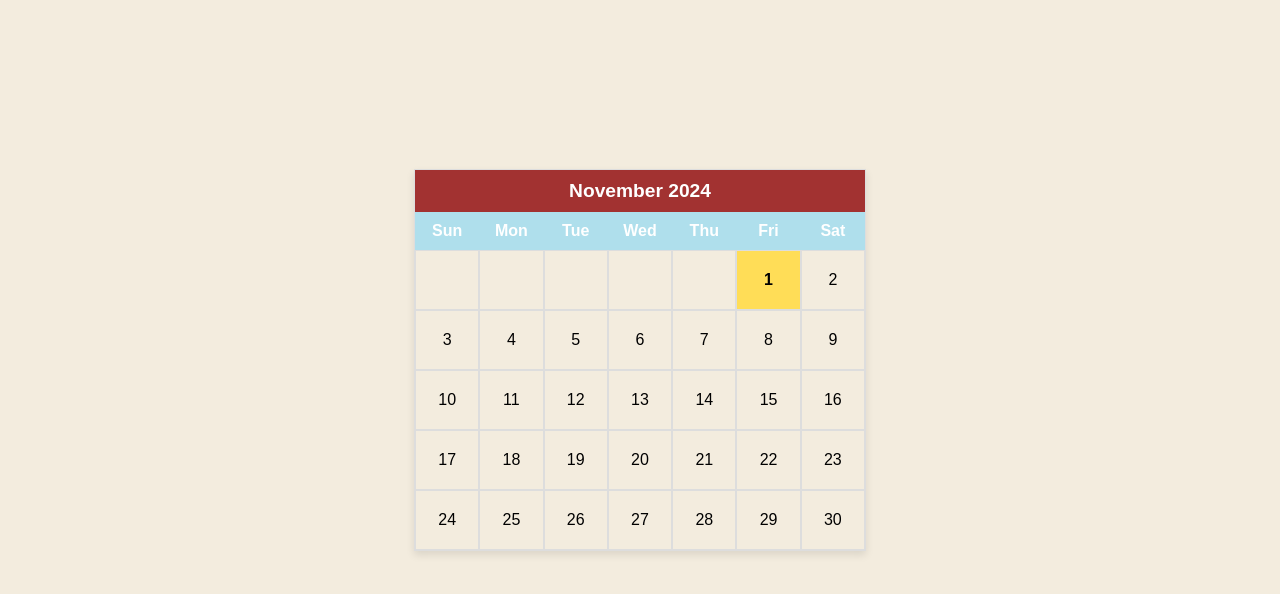
Repository: carrascokarencb37-afk/Nuura
Page: html/calendario.html
An editor plug-in stored every save of this project. The page is shown before and after the next save, followed by the edit.
The browser window is 1280 px wide. The pictures show the whole page.

Above is the page before, as saved 2026-05-28 23:29:24.

### html/calendario.html
<!DOCTYPE html>
<html lang="en">
<head>
    <meta charset="UTF-8">
    <meta name="viewport" content="width=device-width, initial-scale=1.0">
    <title>Simple HTML Calendar - November 2024</title>
    <link rel="stylesheet" href="../css/cale.css">
</head>
<body>
    <!-- Calendar Container -->
    <div class="calendar">
        <!-- Month and Year Header -->
        <div class="calendar-header">November 2024</div>

        <!-- Days of the Week -->
        <div class="calendar-days">
            <div>Sun</div>
            <div>Mon</div>
            <div>Tue</div>
            <div>Wed</div>
            <div>Thu</div>
            <div>Fri</div>
            <div>Sat</div>
        </div>

        <!-- Calendar Dates -->
        <div class="calendar-dates">
            <!-- Blank spaces for days before the month starts on Friday -->
            <div></div>
            <div></div>
            <div></div>
            <div></div>
            <div></div>
            <div class="today">1</div>
            <div>2</div>
            <div>3</div>
            <div>4</div>
            <div>5</div>
            <div>6</div>
            <div>7</div>
            <div>8</div>
            <div>9</div>
            <div>10</div>
            <div>11</div>
            <div>12</div>
            <div>13</div>
            <div>14</div>
            <div>15</div>
            <div>16</div>
            <div>17</div>
            <div>18</div>
            <div>19</div>
            <div>20</div>
            <div>21</div>
            <div>22</div>
            <div>23</div>
            <div>24</div>
            <div>25</div>
            <div>26</div>
            <div>27</div>
            <div>28</div>
            <div>29</div>
            <div>30</div>
</body>
</html>

### css/cale.css

        /* Basic page styling */
        body {
            font-family: Arial, sans-serif;
            display: flex;
            justify-content: center;
            align-items: center;
            min-height: 100vh;
            background-color: #f3ecde;
            margin: 0;
        }

        /* Calendar container */
        .calendar {
            width: 450px;
            border: 1px solid #ddd;
            box-shadow: 0 4px 8px rgba(0, 0, 0, 0.1);
        }

        /* Calendar header styling */
        .calendar-header {
            text-align: center;
            background-color: #9e2828f1;
            color: white;
            padding: 10px;
            font-size: 1.2em;
            font-weight: bold;
        }

        /* Days of the week styling */
        .calendar-days {
            display: grid;
            grid-template-columns: repeat(7, 1fr);
            background-color:#acdfeef1;
            color: white;
        }

        .calendar-days div {
            padding: 10px;
            text-align: center;
            font-weight: bold;
        }

        /* Date cells styling */
        .calendar-dates {
            display: grid;
            grid-template-columns: repeat(7, 1fr);
        }

        .calendar-dates div {
            padding: 20px;
            text-align: center;
            border: 1px solid #ddd;
        }

        /* Highlight today */
        .today {
            background-color: #ffdd57;
            font-weight: bold;
        }

After the next save:
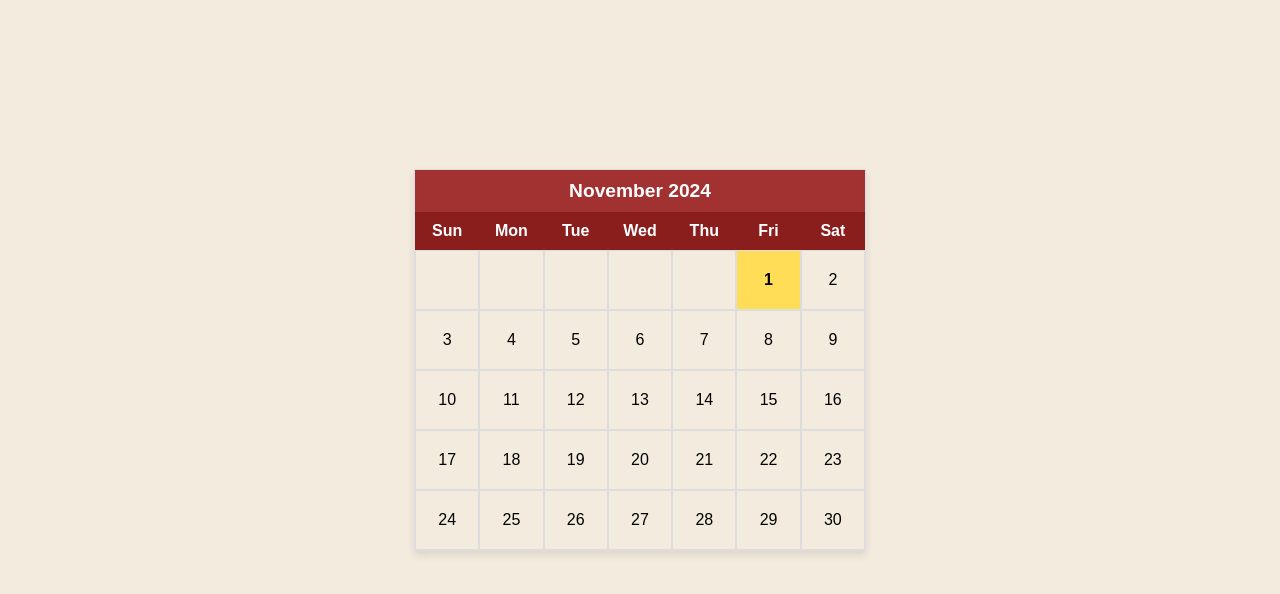
Saved 98 s later.
--- a/css/cale.css
+++ b/css/cale.css
@@ -31,7 +31,7 @@
         .calendar-days {
             display: grid;
             grid-template-columns: repeat(7, 1fr);
-            background-color:#acdfeef1;
+            background-color:#841313f1;
             color: white;
         }
 
